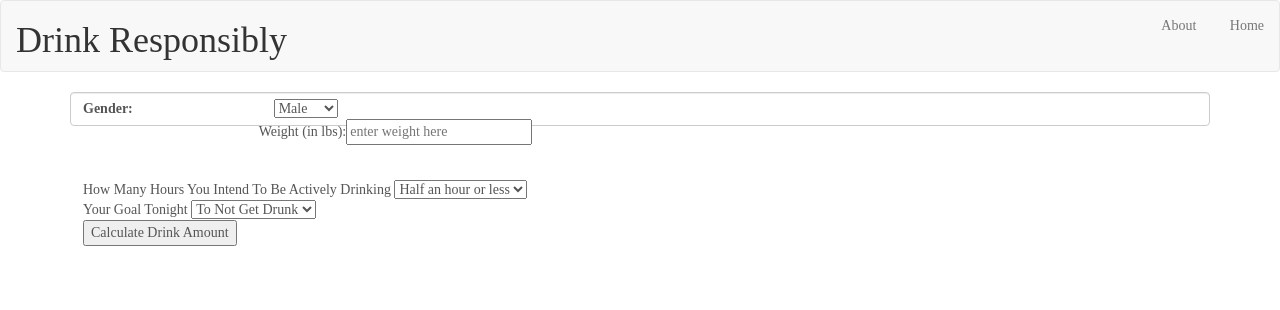
Repository: NatNat180/DrinkResponsibly
Page: http://localhost/DrinkResponsibly/form
These files come from the project's save history. The page is drawn as it stood at one moment and after the next save; the edit follows.
The browser window is 1280 px wide. The pictures show the whole page.
Some web fonts or font styles are not loaded; a fallback is used. The page is served by Tomcat 9. Other server files are loaded and not shown.

Above is the page before, as saved 2016-04-07 15:42:15.

### DrinkResponsibly/WebContent/WEB-INF/index.jsp
<%@ page language="java" contentType="text/html; charset=UTF-8"
    pageEncoding="ISO-8859-1"%>
<%@ taglib prefix="c" uri="http://java.sun.com/jsp/jstl/core" %>
<!DOCTYPE html>
<html lang="eng">
<head>
<meta http-equiv="Content-Type" content="text/html; charset=UTF-8">
<link rel="stylesheet" type="text/css" href="bootstrap/css/bootstrap.css"/>
<link rel="stylesheet" type="text/css" href="css/style.css"/>
<title>Drink Responsibly</title>
</head>
<body>
<c:import url="/WEB-INF/navigation.html"/>
<section class="container">
<form class="form-control" method="post" action="calculate-drink-amount">

<div class="form-group row">
<label class="col-sm-2 form-control-label">Gender:</label>
<div class="col-sm-10">
<select name="gender">
	<option value="male">Male</option>
	<option value="female">Female</option>
</select>
</div>
<!--<input type="radio" name="gender" value="male">Male<br>
<input type="radio" name="gender" value="female">Female<br>-->
Weight (in lbs):<input type="text" name="weight" placeholder="enter weight here" required>
</div>
<br>

How Many Hours You Intend To Be Actively Drinking
<select name="drink-time">
	<option value="0">Half an hour  or less</option>
	<option value="1">1</option>
	<option value="2">2</option>
	<option value="3">3</option>
	<option value="4">4</option>
	<option value="5">5</option>
	<option value="6">6</option>
	<option value="7">7</option>
	<option value="8">8</option>
	<option value="9">9</option>
	<option value="10">10</option>
	<option value="11">11</option>
	<option value="12">12+</option>
</select>
<br>

Your Goal Tonight
<select name="goal">
	<option value="drunk">To Not Get Drunk</option>
	<option value="sick">To Not Get Sick</option>
</select>
<br>

<input type="submit" value="Calculate Drink Amount" name="submit">
</form>
</section>
</body>
</html>

### DrinkResponsibly/WebContent/WEB-INF/navigation.html
<nav class="navbar navbar-default" role="navigation">
	<div class="container-fluid">
		<div class="navbar-header">
		  <h1  class="nav-title">Drink Responsibly</h1>
		</div>
		<ul class="nav navbar-nav navbar-right">
			<li id="right"><a href="">&nbsp;About</a>
			<li id="right"><a href="form">&nbsp;Home</a>
		</ul>
	</div>
	</nav>
	<!--<nav class="nav-tabs" role="navigation">
	<h1  class="nav-title">Drink Responsibly</h1>
		<ul class="nav navbar-nav navbar-right">
			<li id="right"><a href="">&nbsp;About</a>
			<li id="right"><a href="form">&nbsp;Home</a>
		</ul>
	</nav>-->

### DrinkResponsibly/src/com/application/Form.java
package com.application;

import java.io.IOException;
import javax.servlet.ServletException;
import javax.servlet.annotation.WebServlet;
import javax.servlet.http.HttpServlet;
import javax.servlet.http.HttpServletRequest;
import javax.servlet.http.HttpServletResponse;

@WebServlet("/form")
public class Form extends HttpServlet {
	private static final long serialVersionUID = 1L;

    public Form() {
        super();

    }

	protected void doPost(HttpServletRequest request, HttpServletResponse response) throws ServletException, IOException {

		doGet(request, response);
	}

	protected void doGet(HttpServletRequest request, HttpServletResponse response) throws ServletException, IOException {

		request.getServletContext().getRequestDispatcher("/WEB-INF/index.jsp").forward(request, response);
	}

}

### DrinkResponsibly/WebContent/css/style.css
@import url(https://fonts.googleapis.com/css?family=Fjalla+One|Poiret+One|Bitter|Arvo|Amatic+SC:400,700);

/*
font-family: 'Fjalla One', sans-serif;
font-family: 'Poiret One', cursive;
font-family: 'Bitter', serif;
font-family: 'Arvo', serif;
font-family: 'Amatic SC', cursive;
*/

h1 {font-family: 'Poiret One', cursive;}
body {font-family: 'Arvo', serif;}

a:hover{
	text-decoration: none;
}

form p {
	margin-top: 5px;
	margin-bottom: 5px;
}

Loaded but not shown: DrinkResponsibly/WebContent/bootstrap/css/bootstrap.css (library)

After the next save:
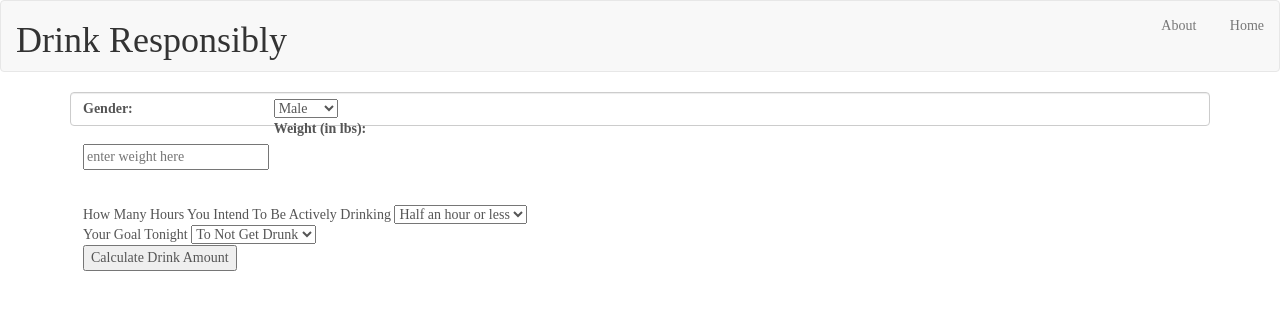
Saved 45 s later.
--- a/DrinkResponsibly/WebContent/WEB-INF/index.jsp
+++ b/DrinkResponsibly/WebContent/WEB-INF/index.jsp
@@ -24,7 +24,10 @@
 </div>
 <!--<input type="radio" name="gender" value="male">Male<br>
 <input type="radio" name="gender" value="female">Female<br>-->
-Weight (in lbs):<input type="text" name="weight" placeholder="enter weight here" required>
+<label class="col-sm-2 form-control-label">Weight (in lbs):</label>
+<div class="col-sm-10">
+<input type="text" name="weight" placeholder="enter weight here" required>
+</div>
 </div>
 <br>
 
